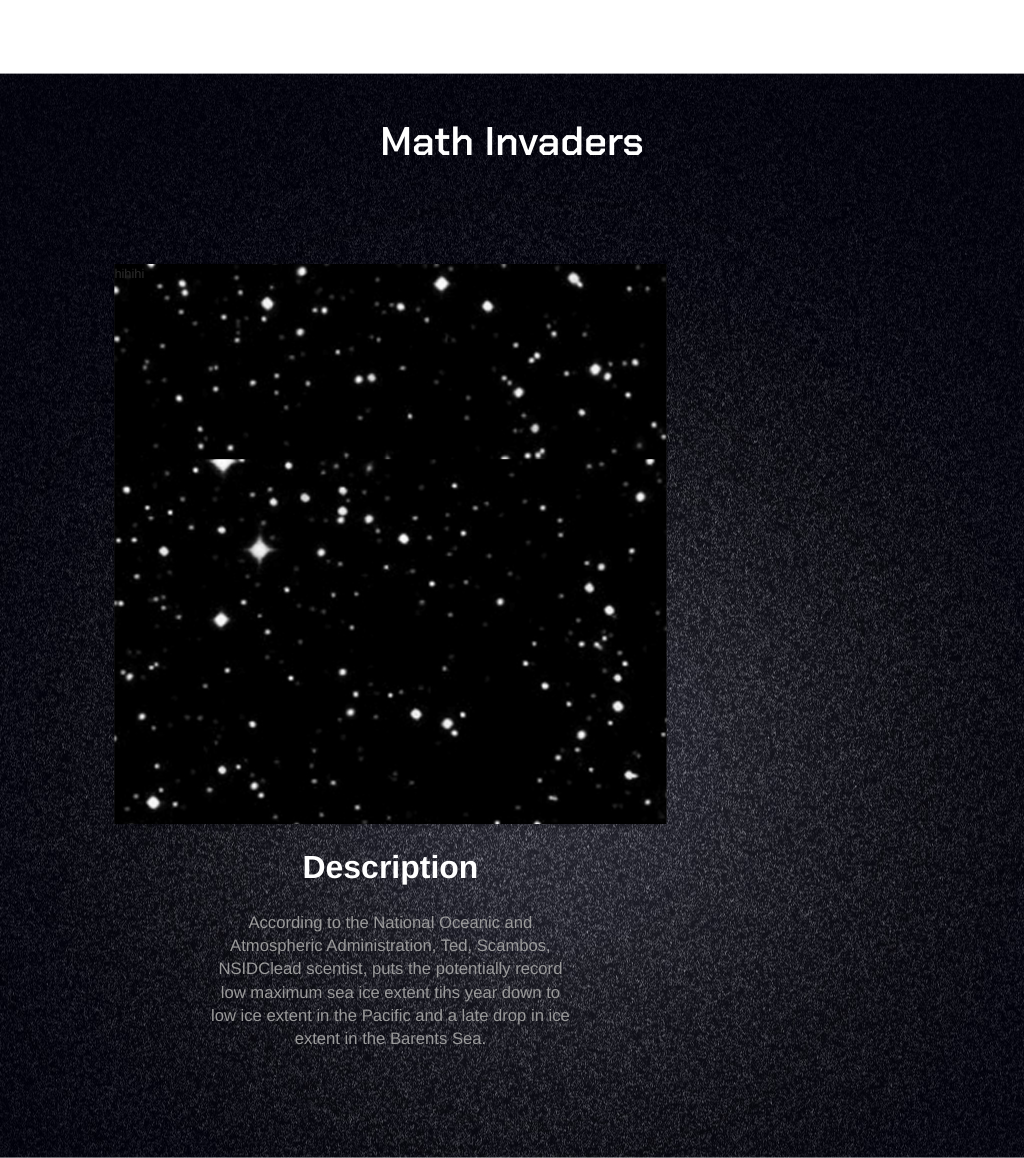
Repository: kkyler24/MathInvader
Page: index.html
An editor plug-in stored every save of this project. The page is shown before and after the next save, followed by the edit.
The browser window is 1280 px wide. The pictures show the whole page, at 80% of full size.
Some web libraries are served in a nearby version.

Above is the page before, as saved 2020-07-19 20:17:19.
Console error: TypeError: Cannot read properties of null (reading 'appendChild')

### index.html
<!DOCTYPE html>
<html lang="en">
  <head>
    <!-- Required meta tags -->
    <meta charset="utf-8" />
    <meta
      name="viewport"
      content="width=device-width, initial-scale=1, shrink-to-fit=no"
    />

    <!-- Bootstrap CSS -->
    <link
      rel="stylesheet"
      href="https://maxcdn.bootstrapcdn.com/bootstrap/4.0.0/css/bootstrap.min.css"
      integrity="sha384-Gn5384xqQ1aoWXA+058RXPxPg6fy4IWvTNh0E263XmFcJlSAwiGgFAW/dAiS6JXm"
      crossorigin="anonymous"
    />
    <link href="../assets/css/now-ui-kit.css?v=1.2.0" rel="stylesheet" />
    <link
      href="https://fonts.googleapis.com/css2?family=Chakra+Petch:wght@600&display=swap"
      rel="stylesheet"
    />
    <link href="./jsFolder/index.css" rel="stylesheet" />

    <title>Math Invaders</title>
  </head>
  <!-- Navbar -->
  <body class="burger-menu">
    <div id="mainBody">
      <nav
        id="marginb"
        class="navbar navbar-expand-lg fixed-top navbar-transparent"
      >
        <div class="container">
          <a class="navbar-brand" href="#">MCLA</a>
          <div class="separator separator-primary"></div>
          <button
            class="navbar-toggler"
            type="button"
            data-toggle="collapse"
            data-target="#navbarNav"
            aria-controls="navbarNav"
            aria-expanded="false"
            aria-label="Toggle navigation"
          >
            <span class="navbar-toggler-icon"></span>
          </button>
          <div class="collapse navbar-collapse" id="navbarNav">
            <ul class="navbar-nav">
              <li class="nav-item active">
                <a class="nav-link" href="#"
                  >Home <span class="sr-only">(current)</span></a
                >
              </li>
              <li class="nav-item">
                <a class="nav-link" href="#">About Us</a>
              </li>
              <li class="nav-item">
                <a class="nav-link" href="#">Games</a>
              </li>
              <li class="nav-item">
                <a class="nav-link" href="#">Log In</a>
              </li>
            </ul>
          </div>
        </div>
      </nav>
      <div id="wrapper">


      </div>
      <div id="backgroundSection" class="section section-about-us">
        <div class="content-center">
            <div class="containerM">
              <h1 id="titleG" class="title">Math Invaders</h1>
            </div>
          </div>
        <div class="container">
          <div class="section-story-overview">

            <div class="separator separator-primary"></div>
            <div class="game-wrapper">
<div id="Game" class="Game"> hihihi</div>
<div class="congratulations">
    <h1>Congratulations!</h1>
    <h2>You won the game</h2>
    <button class="btn" onclick="window.location.reload()">Restart</button>
              </div>
              <div class="game-over">
                <h1>GAME OVER</h1>
                <h2>You lost the game</h2>
                <button class="btn" onclick="window.location.reload()">Restart</button>
          </div>
                    </div>
                    <div class="separator separator-primary"></div>
                    <div class="row">
                        <div class="col-md-8 ml-auto mr-auto text-center">
                            <h2 class="title gameT">Description</h2>
                            <h5 class="description">According to the National Oceanic and Atmospheric Administration, Ted, Scambos, NSIDClead scentist, puts the potentially record low maximum sea ice extent tihs year down to low ice extent in the Pacific and a late drop in ice extent in the Barents Sea.</h5>
                        </div>
                    </div>
                </div>
            </div>
        </div>
    </div>
    </div>
</div>
    <!-- Optional JavaScript -->
    <!-- jQuery first, then Popper.js, then Bootstrap JS -->
    <script
      src="https://code.jquery.com/jquery-3.2.1.slim.min.js"
      integrity="sha384-KJ3o2DKtIkvYIK3UENzmM7KCkRr/rE9/Qpg6aAZGJwFDMVNA/GpGFF93hXpG5KkN"
      crossorigin="anonymous"
    ></script>
    <script
      src="https://cdnjs.cloudflare.com/ajax/libs/popper.js/1.12.9/umd/popper.min.js"
      integrity="sha384-ApNbgh9B+Y1QKtv3Rn7W3mgPxhU9K/ScQsAP7hUibX39j7fakFPskvXusvfa0b4Q"
      crossorigin="anonymous"
    ></script>
    <script
      src="https://maxcdn.bootstrapcdn.com/bootstrap/4.0.0/js/bootstrap.min.js"
      integrity="sha384-JZR6Spejh4U02d8jOt6vLEHfe/JQGiRRSQQxSfFWpi1MquVdAyjUar5+76PVCmYl"
      crossorigin="anonymous"
    ></script>

    <script
      src="../assets/js/now-ui-kit.js?v=1.2.0"
      type="text/javascript"
    ></script>
    <script src="./jsFolder/Aliens.js"></script>
    <script src="./jsFolder/tokens.js"></script>
    <script src="./jsFolder/game.js"></script>
  </body>
</html>

### jsFolder/index.css
html,
body {
  height: 100%;
  margin: 0;
  font-size: 16px;
  columns: #222b3f;
}
/*  navbar*/

.navbar.navbar-transparent {
  background-color: transparent !important;
  box-shadow: none;
  color: #fff;
  padding-top: 20px !important;
}

.fixed-top {
  position: fixed;
  top: 0;
  right: 0;
  left: 0;
  z-index: 1030;
}
#navbarNav {
  justify-content: flex-end;
}

#marginb {
  margin-bottom: 20px !important;
}
.navbar {
  position: relative;
  display: flex;
  flex-wrap: wrap;
  align-items: center;
  justify-content: space-between;
  padding: 0.5rem 1rem;
  padding-top: 0.625rem;
  padding-bottom: 0.625rem;
  min-height: 53px;
}

a {
  color: #222b3f;
  text-decoration: none;
  background-color: transparent;
}

.container {
  width: 100%;
  padding-right: 15px;
  padding-left: 15px;
  margin-right: 10%;
  margin-left: 10%;
}

.button-dropdown {
  padding-right: 0.7rem;
  cursor: pointer;
}

.navbar.navbar-transparent {
  background-color: transparent !important;
  color: #fff;
}

.dropdown {
  position: relative;
}

.navbar > .container {
  display: flex;
  flex-wrap: wrap;
  align-items: center;
  justify-content: space-between;
}

.gameT {
  color: #fff;
}
#titleG {
  font-family: "Chakra Petch", sans-serif;
  font-size: 50px;
  font-weight: 700;
  padding-top: 30px;
}
/*  container */

.page-header.page-header-small {
  min-height: 60vh;
  max-height: 440px;
}

.page-header {
  padding: 0;
  color: #fff;
  position: relative;
  overflow: hidden;
}

.page-header .page-header-image {
  position: absolute;
  background-size: cover;
  background-position: 50%;
  width: 100%;
  height: 100%;
  z-index: -1;
}

.navbar-toggler:not(:disabled):not(.disabled) {
  cursor: pointer;
}

.content-center {
  position: relative;
  top: 50%;
  left: 50%;
  z-index: 2;
  transform: translate(-50%, -50%);
  text-align: center;
  color: #fff;
  padding: 0 15px;
  width: 100%;
  max-width: 880px;
}

.text-center {
  text-align: center !important;
}

.page-header .container {
  height: 100%;
  z-index: 1;
  text-align: center;
  position: relative;
}

.section {
  padding: 70px 0;
  position: relative;
  background: #fff;
}

.row {
  display: flex;
  flex-wrap: wrap;
  margin-right: -15px;
  margin-left: -15px;
}

.ml-auto,
.mx-auto {
  margin-left: auto !important;
}
.mr-auto,
.mx-auto {
  margin-right: auto !important;
}

.col-md-8 {
  position: relative;
  width: 100%;
  padding-right: 15px;
  padding-left: 15px;
}
h2 {
  margin-bottom: 30px;
  line-height: 1.2;
}

#backgroundSection {
  background-image: url("./pictures/MathApics/spaceship/blackmatte.jpg");
  background-repeat: no-repeat;
  background-size: cover;
  width: 100%;
  height: auto;
}

/* Game */

#Game {
  width: 900px;
  height: 700px;
  background: url("/jsFolder/pictures/MathApics/spaceship/blackskybackground.jpg");
  animation: scroll-background 6s linear infinite;
  box-shadow: 0 2px 10px rgba(0, 0, 0, 0.2);
  position: relative;
}

.wrap {
  display: flex;
  flex-direction: column;
  height: 100%;
}

.game-wrapper {
  flex: 1;
  display: flex;
  justify-content: center;
  align-items: center;
  background: #222;
}

.game .enemy {
  position: absolute;
  margin-left: -20px;
  margin-top: -18px;
  width: 40px;
}

.game .player {
  position: absolute;
  margin-left: -20px;
  width: 40px;
}

.game .laser {
  position: absolute;
  margin-left: -2.5px;
  height: 30px;
}

.game .enemy-laser {
  position: absolute;
  margin-left: -2.5px;
  height: 30px;
}

.congratulations {
  display: none;
  position: absolute;
  background: #c7a526;
  color: white;
  padding: 20px 50px;
  box-shadow: 0 2px 10px rgba(0, 0, 0, 0.2);
  border-radius: 10px;
  text-align: center;
  animation: pop-in 1s;
}

.game-over {
  display: none;
  position: absolute;
  background: #6b1818;
  color: white;
  padding: 20px 50px;
  box-shadow: 0 2px 10px rgba(0, 0, 0, 0.2);
  border-radius: 10px;
  text-align: center;
  animation: pop-in 1s;
}

@keyframes scroll-background {
  from {
    background-position-y: 0px;
  }
  to {
    background-position-y: 256px;
  }
}

@keyframes pop-in {
  0% {
    opacity: 0;
    transform: translate(0, -100px);
  }
  10% {
    opacity: 1;
  }
  50% {
    transform: translate(0, 30px);
  }
  100% {
    transform: translate(0, 0);
  }
}

/* media Queries */

@media (min-width: 768px) {
  .col-md-8 {
    flex: 0 0 66.666667%;
    max-width: 66.666667%;
  }
}
@media (min-width: 768px) {
  .container {
    max-width: 720px;
  }
}

@media (min-width: 992px) {
  .navbar-expand-lg .navbar-toggler {
    display: none;
  }
}

@media (max-width: 991.98px) {
  .navbar-expand-lg > .container {
    padding-right: 0;
    padding-left: 0;
  }
}

@media (min-width: 768px) {
  .container {
    max-width: 720px;
  }
}

@media screen and (max-width: 991px) {
  .button-dropdown {
    display: none;
  }
}

@media (min-width: 992px) {
  .navbar-expand-lg .navbar-toggler {
    display: none;
  }
}

@media screen and (max-width: 991px) {
  .sidebar-collapse .wrapper {
    transition: all 0.5s cubic-bezier(0.685, 0.0473, 0.346, 1);
  }
}

### jsFolder/UIAssets/now-ui-kit-master/assets/js/now-ui-kit.js
/*!

 =========================================================
 * Now UI Kit - v1.3.0
 =========================================================

 * Product Page: https://www.creative-tim.com/product/now-ui-kit
 * Copyright 2019 Creative Tim (http://www.creative-tim.com)

 * Designed by www.invisionapp.com Coded by www.creative-tim.com

 =========================================================

 * The above copyright notice and this permission notice shall be included in all copies or substantial portions of the Software.

 */


var transparent = true;
var big_image;

var transparentDemo = true;
var fixedTop = false;

var navbar_initialized,
  backgroundOrange = false,
  toggle_initialized = false;

var nowuiKit,
  $navbar,
  scroll_distance,
  oVal;

$(document).ready(function() {
  //  Activate the Tooltips
  $('[data-toggle="tooltip"], [rel="tooltip"]').tooltip();

  // Activate Popovers and set color for popovers
  $('[data-toggle="popover"]').each(function() {
    color_class = $(this).data('color');
    $(this).popover({
      template: '<div class="popover popover-' + color_class + '" role="tooltip"><div class="arrow"></div><h3 class="popover-header"></h3><div class="popover-body"></div></div>'
    });
  });

  // Activate the image for the navbar-collapse
  nowuiKit.initNavbarImage();

  $navbar = $('.navbar[color-on-scroll]');
  scroll_distance = $navbar.attr('color-on-scroll') || 500;

  // Check if we have the class "navbar-color-on-scroll" then add the function to remove the class "navbar-transparent" so it will transform to a plain color.

  if ($('.navbar[color-on-scroll]').length != 0) {
    nowuiKit.checkScrollForTransparentNavbar();
    $(window).on('scroll', nowuiKit.checkScrollForTransparentNavbar)
  }

  $('.form-control').on("focus", function() {
    $(this).parent('.input-group').addClass("input-group-focus");
  }).on("blur", function() {
    $(this).parent(".input-group").removeClass("input-group-focus");
  });

  // Activate bootstrapSwitch
  $('.bootstrap-switch').each(function() {
    $this = $(this);
    data_on_label = $this.data('on-label') || '';
    data_off_label = $this.data('off-label') || '';

    $this.bootstrapSwitch({
      onText: data_on_label,
      offText: data_off_label
    });
  });

  if ($(window).width() >= 992) {
    big_image = $('.page-header-image[data-parallax="true"]');

    $(window).on('scroll', nowuiKitDemo.checkScrollForParallax);
  }

  // Activate Carousel
  $('.carousel').carousel({
    interval: 4000
  });

  $('.date-picker').each(function() {
    $(this).datepicker({
      templates: {
        leftArrow: '<i class="now-ui-icons arrows-1_minimal-left"></i>',
        rightArrow: '<i class="now-ui-icons arrows-1_minimal-right"></i>'
      }
    }).on('show', function() {
      $('.datepicker').addClass('open');

      datepicker_color = $(this).data('datepicker-color');
      if (datepicker_color.length != 0) {
        $('.datepicker').addClass('datepicker-' + datepicker_color + '');
      }
    }).on('hide', function() {
      $('.datepicker').removeClass('open');
    });
  });


});

// Javascript just for Demo purpose, remove it from your project
nowuiKitDemo = {
  checkScrollForParallax: debounce(function() {
    var current_scroll = $(this).scrollTop();

    oVal = ($(window).scrollTop() / 3);
    big_image.css({
      'transform': 'translate3d(0,' + oVal + 'px,0)',
      '-webkit-transform': 'translate3d(0,' + oVal + 'px,0)',
      '-ms-transform': 'translate3d(0,' + oVal + 'px,0)',
      '-o-transform': 'translate3d(0,' + oVal + 'px,0)'
    });

  }, 6)

}

// Returns a function, that, as long as it continues to be invoked, will not
// be triggered. The function will be called after it stops being called for
// N milliseconds. If `immediate` is passed, trigger the function on the
// leading edge, instead of the trailing.

function debounce(func, wait, immediate) {
  var timeout;
  return function() {
    var context = this,
      args = arguments;
    clearTimeout(timeout);
    timeout = setTimeout(function() {
      timeout = null;
      if (!immediate) func.apply(context, args);
    }, wait);
    if (immediate && !timeout) func.apply(context, args);
  };
};

$(window).on('resize', function() {
  nowuiKit.initNavbarImage();
});

$(document).on('click', '.navbar-toggler', function() {
  $toggle = $(this);

  if (nowuiKit.misc.navbar_menu_visible == 1) {
    $('html').removeClass('nav-open');
    nowuiKit.misc.navbar_menu_visible = 0;
    $('#bodyClick').remove();
    setTimeout(function() {
      $toggle.removeClass('toggled');
    }, 550);
  } else {
    setTimeout(function() {
      $toggle.addClass('toggled');
    }, 580);
    div = '<div id="bodyClick"></div>';
    $(div).appendTo('body').click(function() {
      $('html').removeClass('nav-open');
      nowuiKit.misc.navbar_menu_visible = 0;
      setTimeout(function() {
        $toggle.removeClass('toggled');
        $('#bodyClick').remove();
      }, 550);
    });

    $('html').addClass('nav-open');
    nowuiKit.misc.navbar_menu_visible = 1;
  }
});

nowuiKit = {
  misc: {
    navbar_menu_visible: 0
  },

  checkScrollForTransparentNavbar: debounce(function() {
    if ($(document).scrollTop() > scroll_distance) {
      if (transparent) {
        transparent = false;
        $('.navbar[color-on-scroll]').removeClass('navbar-transparent');
      }
    } else {
      if (!transparent) {
        transparent = true;
        $('.navbar[color-on-scroll]').addClass('navbar-transparent');
      }
    }
  }, 17),

  initNavbarImage: function() {
    var $navbar = $('.navbar').find('.navbar-translate').siblings('.navbar-collapse');
    var background_image = $navbar.data('nav-image');

    if (background_image != undefined) {
      if ($(window).width() < 991 || $('body').hasClass('burger-menu')) {
        $navbar.css('background', "url('" + background_image + "')")
          .removeAttr('data-nav-image')
          .css('background-size', "cover")
          .addClass('has-image');
      } else {
        $navbar.css('background', "")
          .attr('data-nav-image', '' + background_image + '')
          .css('background-size', "")
          .removeClass('has-image');
      }
    }
  },

  initSliders: function() {
    // Sliders for demo purpose in refine cards section
    var slider = document.getElementById('sliderRegular');

    noUiSlider.create(slider, {
      start: 40,
      connect: [true, false],
      range: {
        min: 0,
        max: 100
      }
    });

    var slider2 = document.getElementById('sliderDouble');

    noUiSlider.create(slider2, {
      start: [20, 60],
      connect: true,
      range: {
        min: 0,
        max: 100
      }
    });
  }
}

// Javascript just for Demo purpose, remove it from your project
nowuiKitDemo = {
  checkScrollForParallax: debounce(function() {
    var current_scroll = $(this).scrollTop();

    oVal = ($(window).scrollTop() / 3);
    big_image.css({
      'transform': 'translate3d(0,' + oVal + 'px,0)',
      '-webkit-transform': 'translate3d(0,' + oVal + 'px,0)',
      '-ms-transform': 'translate3d(0,' + oVal + 'px,0)',
      '-o-transform': 'translate3d(0,' + oVal + 'px,0)'
    });

  }, 6)

}

// Returns a function, that, as long as it continues to be invoked, will not
// be triggered. The function will be called after it stops being called for
// N milliseconds. If `immediate` is passed, trigger the function on the
// leading edge, instead of the trailing.

function debounce(func, wait, immediate) {
  var timeout;
  return function() {
    var context = this,
      args = arguments;
    clearTimeout(timeout);
    timeout = setTimeout(function() {
      timeout = null;
      if (!immediate) func.apply(context, args);
    }, wait);
    if (immediate && !timeout) func.apply(context, args);
  };
};

### jsFolder/game.js
const GAME_WIDTH = 900;
const GAME_HEIGHT = 700;

const KEY_CODE_LEFT = 37;
const KEY_CODE_RIGHT = 39;
const KEY_CODE_SPACE = 32;

// contains entire state of game which included position of player, lasers and enemies on screen.
const GAME_STATE = {
  playerX: 0,
  playerY: 0,
};

function setPosition($el, x, y) {
  $el.style.transform = `translate(${x}px, ${y}px)`;
}

function createPlayer($container) {
  // position of player in middle of screen you can reference the global var of gamewidth like you did below, for future refrence. this will keep the palyer on the game board.
  GAME_STATE.playerX = GAME_WIDTH / 2;
  GAME_STATE.playerY = GAME_HEIGHT - 50;
  const $player = document.createElement("img");
  $player.src = "/jsFolder/pictures/MathApics/spaceship/spaceship.png";
  $player.className = "player";
  $container.appendChild($player);
  setPosition($player, GAME_STATE.playerX, GAME_STATE.playerY);
}

// initializes players and function of the game
function init() {
  const $container = document.querySelector(".game");
  createPlayer($container);
}

init();
window.addEventListener("keydown", onKeyDown);

Loaded but not shown: jsFolder/UIAssets/now-ui-kit-master/assets/css/now-ui-kit.css (library); jsFolder/Aliens.js (empty); jsFolder/tokens.js (empty)

After the next save:
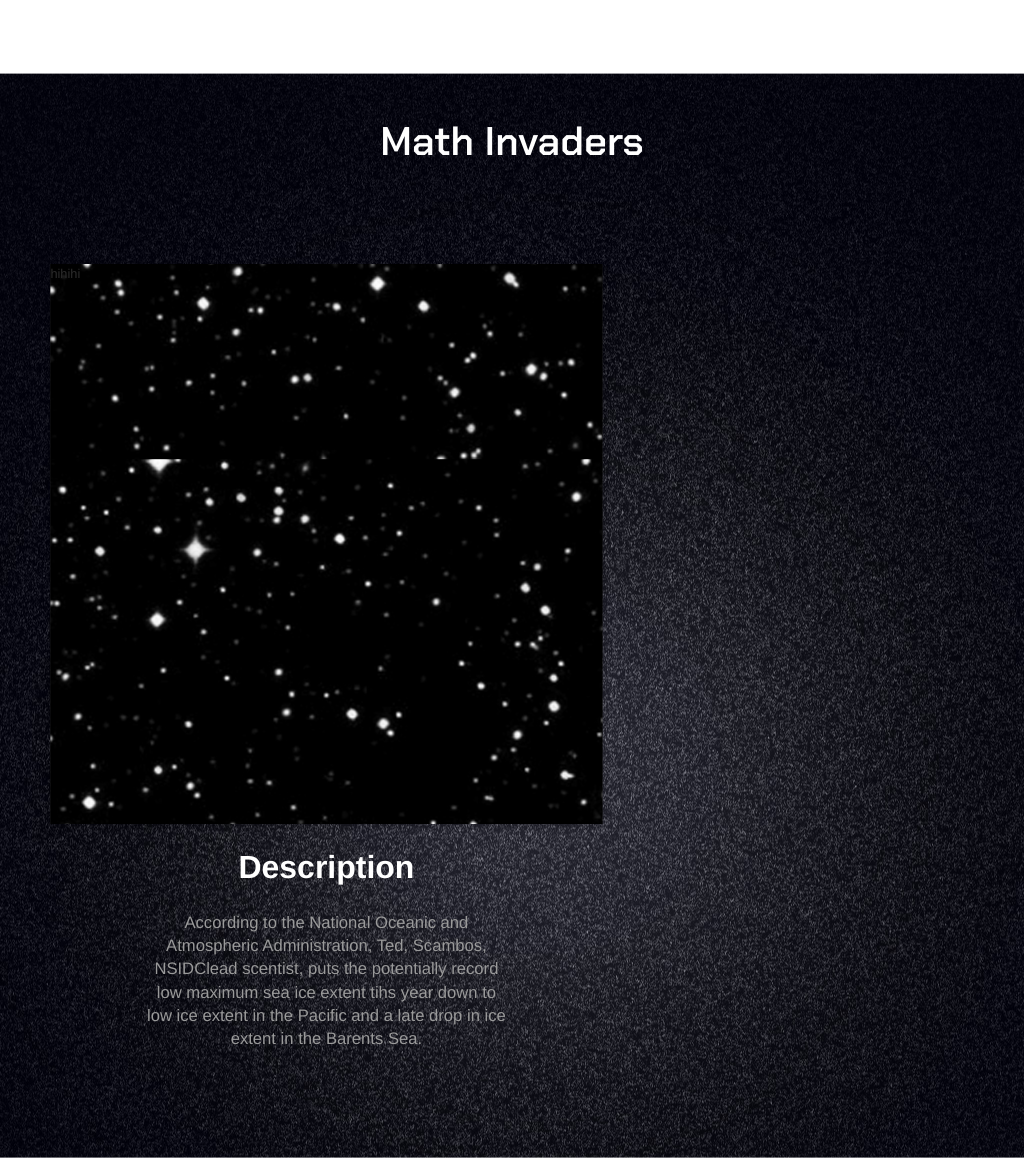
Saved 90 s later.
--- a/jsFolder/index.css
+++ b/jsFolder/index.css
@@ -50,8 +50,8 @@ a {
   width: 100%;
   padding-right: 15px;
   padding-left: 15px;
-  margin-right: 10%;
-  margin-left: 10%;
+  margin-right: 3rem;
+  margin-left: 3rem;
 }
 
 .button-dropdown {
